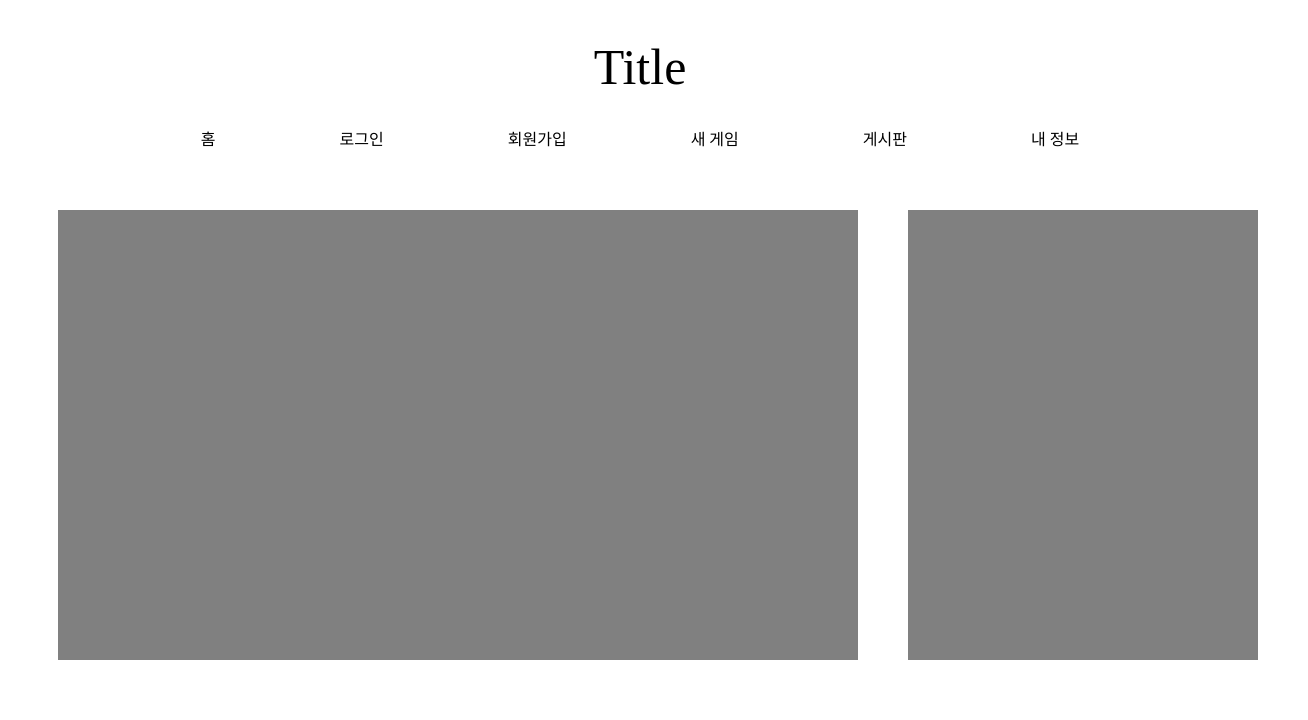
Repository: jemin7709/InP_Final
Page: 기말프로젝트/WebContent/main(unlogin).html
An editor plug-in stored every save of this project. The page is shown before and after the next save, followed by the edit.
The browser window is 1280 px wide. The page is 1308 px wide, so the pictures cover 1308 px, including what lies to the right of the window. The pictures show the whole page.

Above is the page before, as saved 2021-05-19 14:31:05.

### 기말프로젝트/WebContent/main(unlogin).html
<!DOCTYPE html>
<html>
<head>
<meta charset="UTF-8">
<title>Insert title here</title>
<link href="main.css" type="text/css" rel="stylesheet">

</head>
<body>
	<!--타이틀-->
	<div id="title">Title</div>
	<!--메뉴바-->
	<div id="menu">
		<ul id="menubar">
			<li><a>홈</a></li>
			<li><a>로그인</a></li>
			<li><a>회원가입</a></li>
			<li><a>새 게임</a></li>
			<li><a>게시판</a></li>
			<li><a>내 정보</a></li>
		</ul>
	</div>
	<!--메인페이지-->
	<div id="mainpage">
		<div id="mainleft"></div>
		<div id="mainright"></div>
	</div>
	<form>
		<input id="admin" type="button" value="관리자 페이지">
	</form>
</body>
</html>

### 기말프로젝트/WebContent/main.css
@charset "UTF-8";

body{
	overflow: auto;
	min-width: 1200px
	margin: 0 auto;
	text-align: center;
}

#title {
	width: 1200px;
	padding-top: 30px;
	padding-bottom: 30px;
	font-size: 50px;
	margin: 0 auto;
}

#menubar{
	list-style-type: none;
	width:1200px;
    margin: 0;
    padding: 0;
	text-align: center;
	margin: 0 auto;
}

#menubar > li{
	height: 20px;
    padding-left: 60px;
    padding-right:60px;
	display: inline;
}

#menuber>li>a{
	font-size: 10;
}
#admin{
	position: relative;
	top: 5px;
	right: 1100px;

}


#mainpage{
    width: 1200px;
	padding: 50px;
	padding-top: 60px;
	margin: 0 auto;
}
#mainleft{
	float: left;
	width: 800px;
	height:450px;
	background-color: gray;
}
#mainright{
	float: right;
	width: 350px;
	height:450px;
	background-color: gray;
}

After the next save:
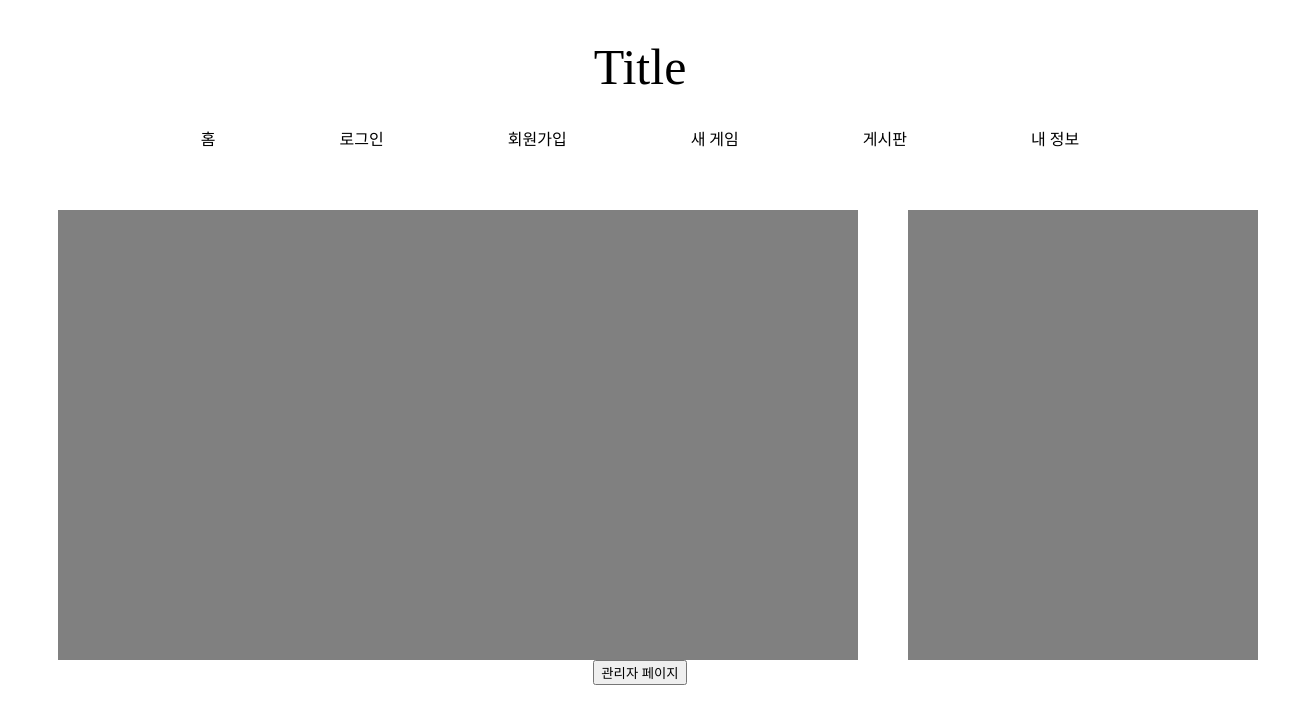
Saved 55 s later.
--- a/기말프로젝트/WebContent/main(unlogin).html
+++ b/기말프로젝트/WebContent/main(unlogin).html
@@ -25,8 +25,6 @@
 		<div id="mainleft"></div>
 		<div id="mainright"></div>
 	</div>
-	<form>
-		<input id="admin" type="button" value="관리자 페이지">
-	</form>
+	<button>관리자 페이지</button>
 </body>
 </html>
